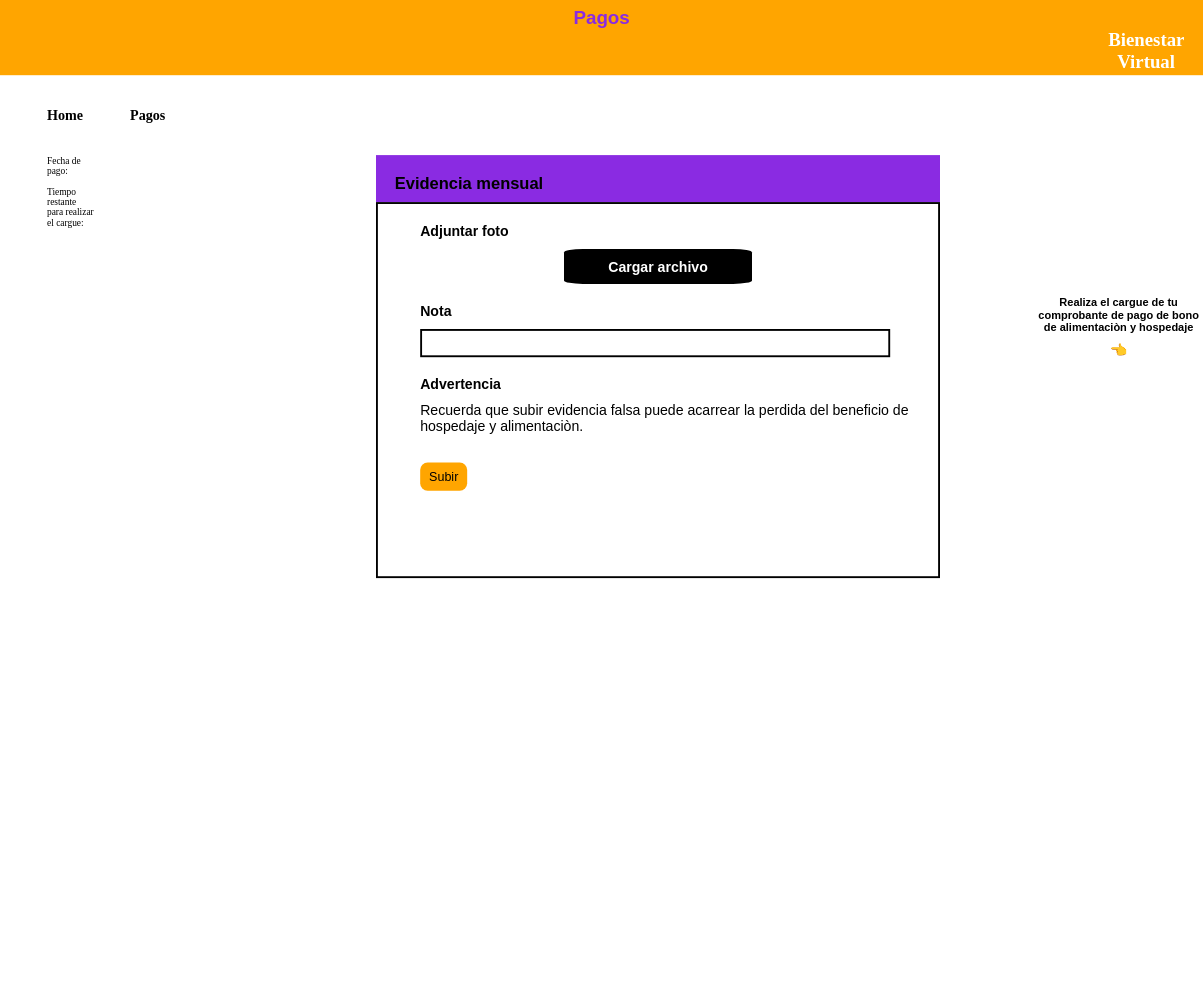
Repository: Diani123/Mis-actividades
Page: softwarebienestarinstitucional/pagos.html
The author's editor kept a copy of each file at every save. The page is drawn from the files as they stood at one save, then again after the next save.
The browser window is 1280 px wide. The pictures show the whole page, at 94% of full size.

Above is the page before, as saved 2023-02-12 20:45:44.

After the next save:
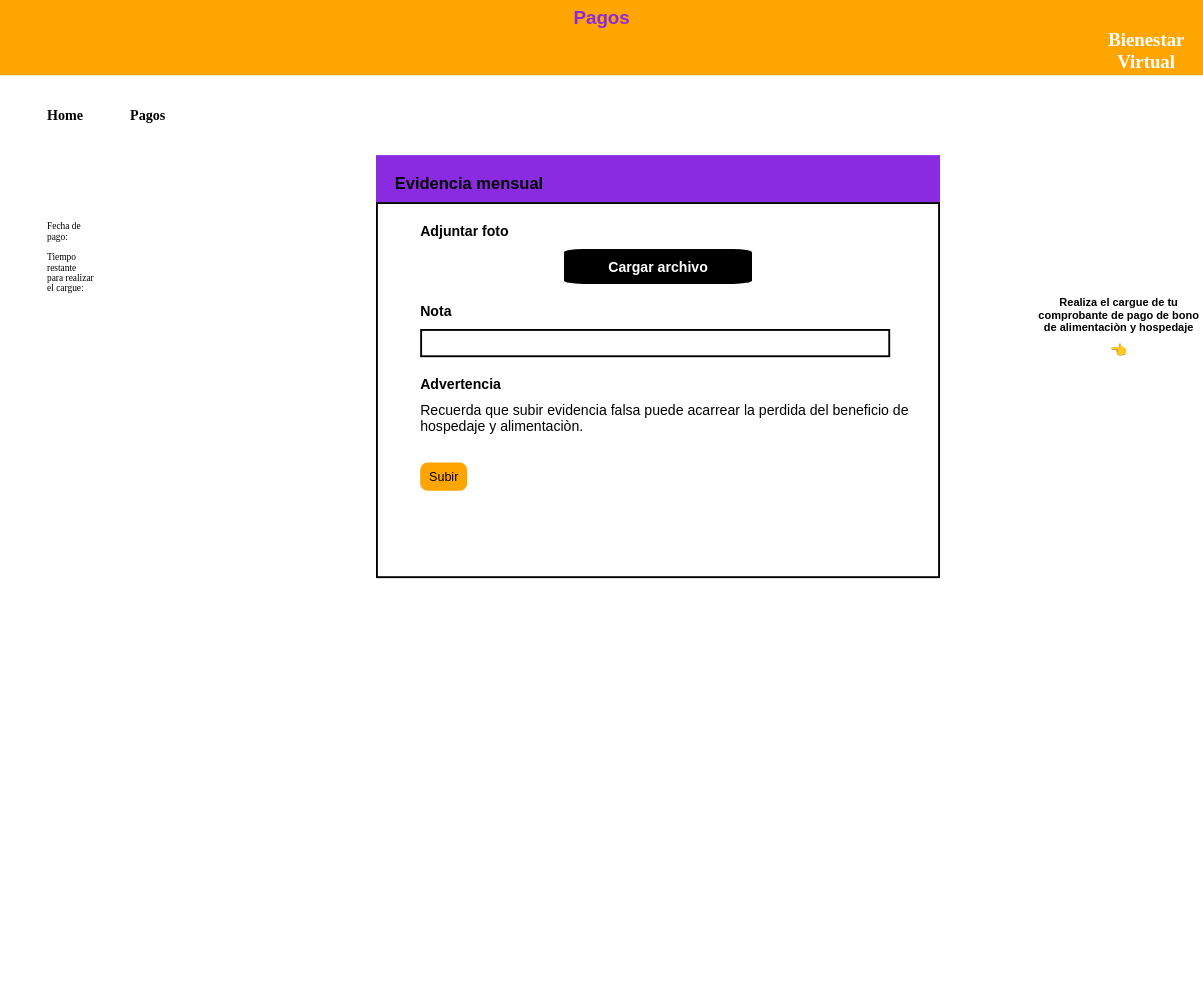
Saved 26 s later.
--- a/softwarebienestarinstitucional/pagos.css
+++ b/softwarebienestarinstitucional/pagos.css
@@ -152,7 +152,7 @@ body {
   top: -1000px;
 }
 .contenedor0{
-  margin-top: ;
+  margin-top: 70px;
   margin-left: 50px;
 }
 .contenedor2{
